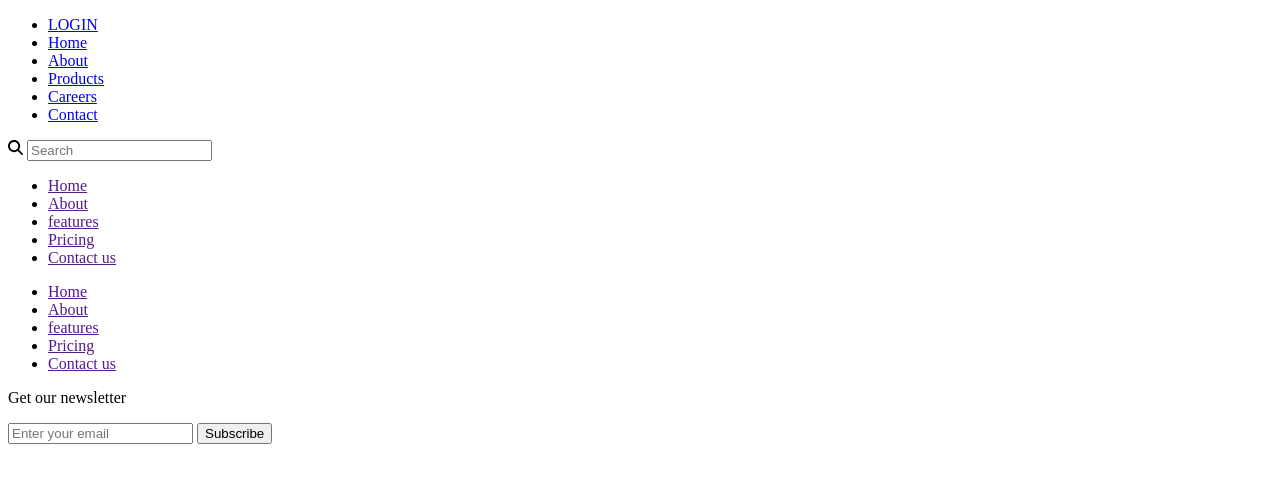
Repository: 365dayschallenge/interface_uniliver
Page: product.html
The author's editor kept a copy of each file at every save. The page is drawn from the files as they stood at one save, then again after the next save.
The browser window is 1280 px wide. The pictures show the whole page.

Above is the page before, as saved 2022-12-18 19:20:54.

After the next save:
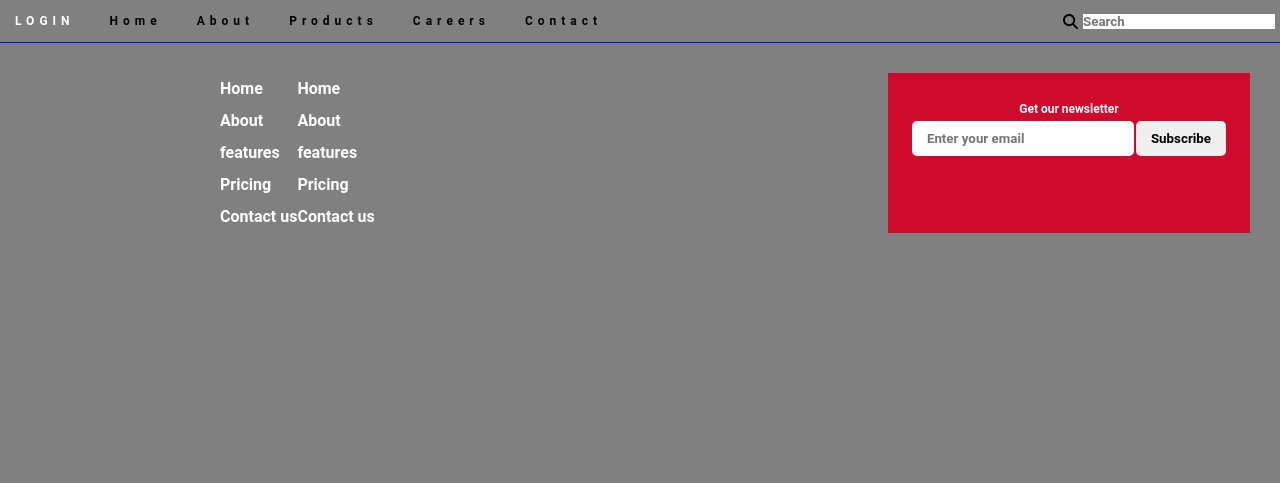
Saved 38 s later.
--- a/product.html
+++ b/product.html
@@ -4,7 +4,9 @@
     <meta charset="UTF-8">
     <meta http-equiv="X-UA-Compatible" content="IE=edge">
     <meta name="viewport" content="width=device-width, initial-scale=1.0">
-    <title>Document</title>
+    <title>Product</title>
+    <link rel="stylesheet" href="./styles.css">
+    <link rel="stylesheet" href="./css/product.css">
 </head>
 <body>
        <nav class="navbar">
